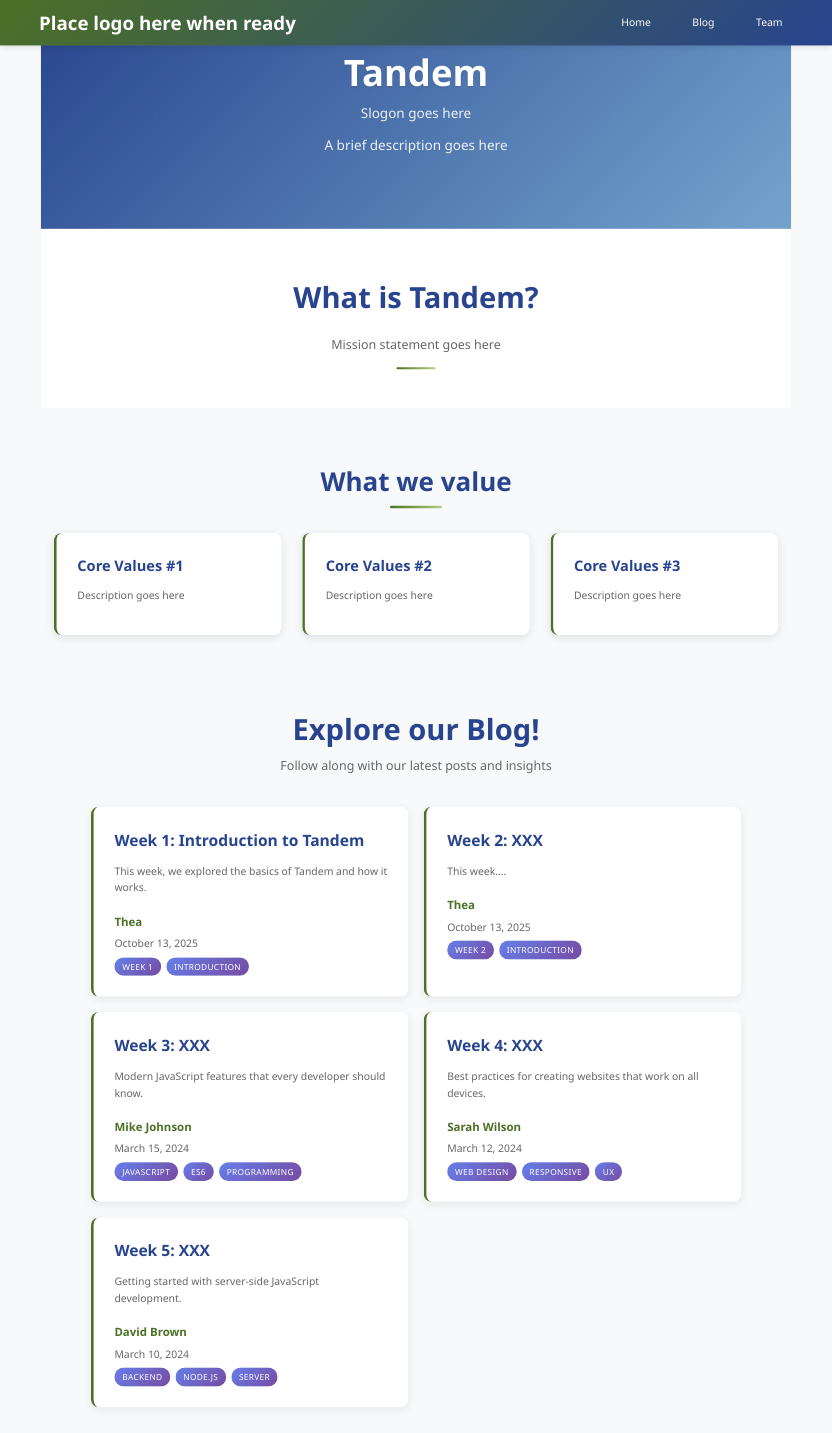
Repository: Bcit-sandy/TandemBlog
Page: /
The author's editor kept a copy of each file at every save. The page is drawn from the files as they stood at one save, then again after a run of saves.
The browser window is 1280 px wide. The pictures show the whole page, at 65% of full size.
The project was rebuilt for these pictures with package versions that can differ from the ones it lists, and the page was loaded fresh each time. Also part of the build but not shown: vite.config.js, src/pages/BlogPost.jsx, src/pages/About.css, src/pages/About.jsx.

Above is the page before, as saved 2025-10-13 16:10:26.

After the next 3 saves:
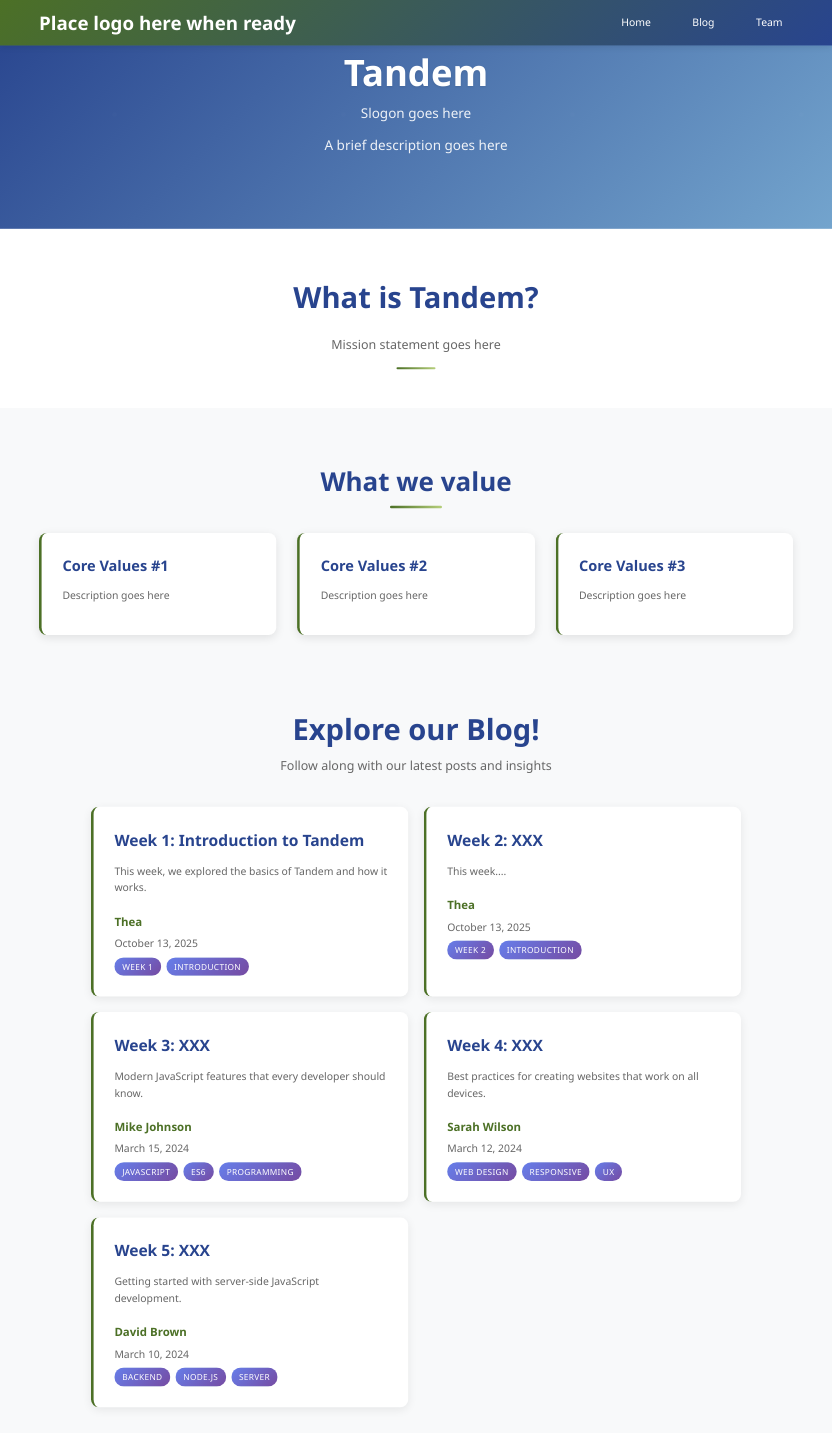
The 3 saves are shown as one change because they came seconds apart.
The last was saved 5 s later.
--- a/src/pages/Home.css
+++ b/src/pages/Home.css
@@ -1,5 +1,8 @@
 .home {
-  min-height: calc(100vh - 70px);
+  min-height: 100vh;
+  width: 100%;
+  display: flex;
+  flex-direction: column;
 }
 
 .hero {
@@ -9,6 +12,10 @@
   text-align: center;
   position: relative;
   overflow: hidden;
+  flex: 1;
+  display: flex;
+  align-items: center;
+  justify-content: center;
 }
 
 .hero::before {
@@ -25,6 +32,10 @@
 .hero-content {
   position: relative;
   z-index: 1;
+  width: 100%;
+  max-width: 1200px;
+  margin: 0 auto;
+  padding: 0 20px;
 }
 
 .hero-content h1 {
